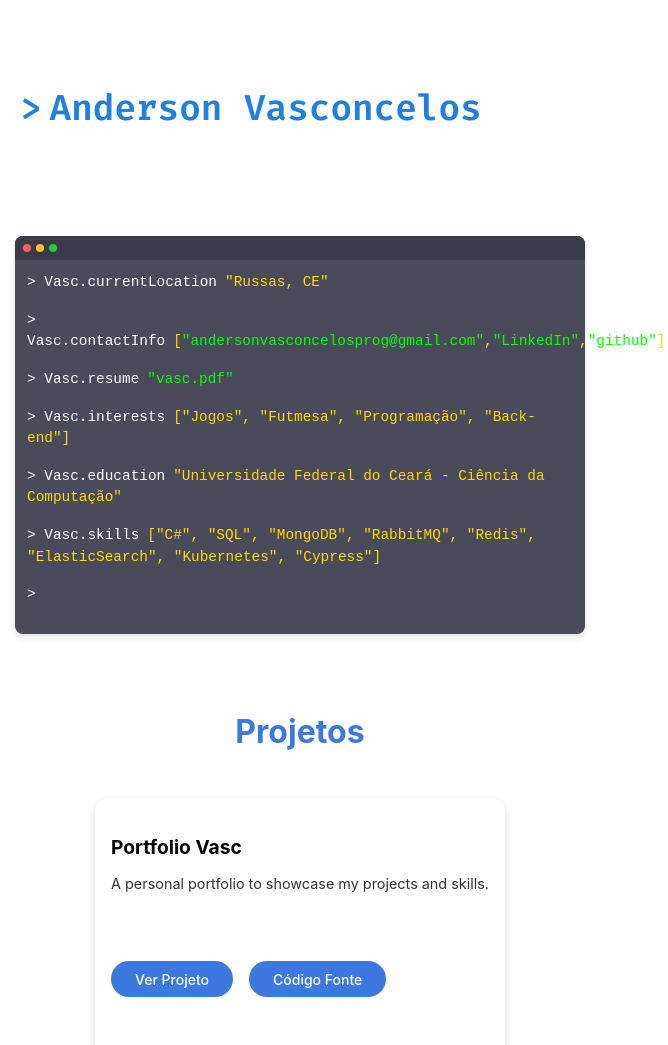
Repository: vascsx/portfolio_vascsx
Page: /
The author's editor kept a copy of each file at every save. The page is drawn from the files as they stood at one save, then again after the next save.
The browser window is 600 px wide. The page is 668 px wide, so the pictures cover 668 px, including what lies to the right of the window. The pictures show the part of the page from y = 0 to 1045 px (the page is 2636 px tall before and 2834 px after).
Pictures or frames that could not be fetched are drawn as grey boxes. The project was rebuilt for these pictures with package versions that can differ from the ones it lists, and the page was loaded fresh each time.

Above is the page before, as saved 2025-03-15 14:58:42.

After the next save:
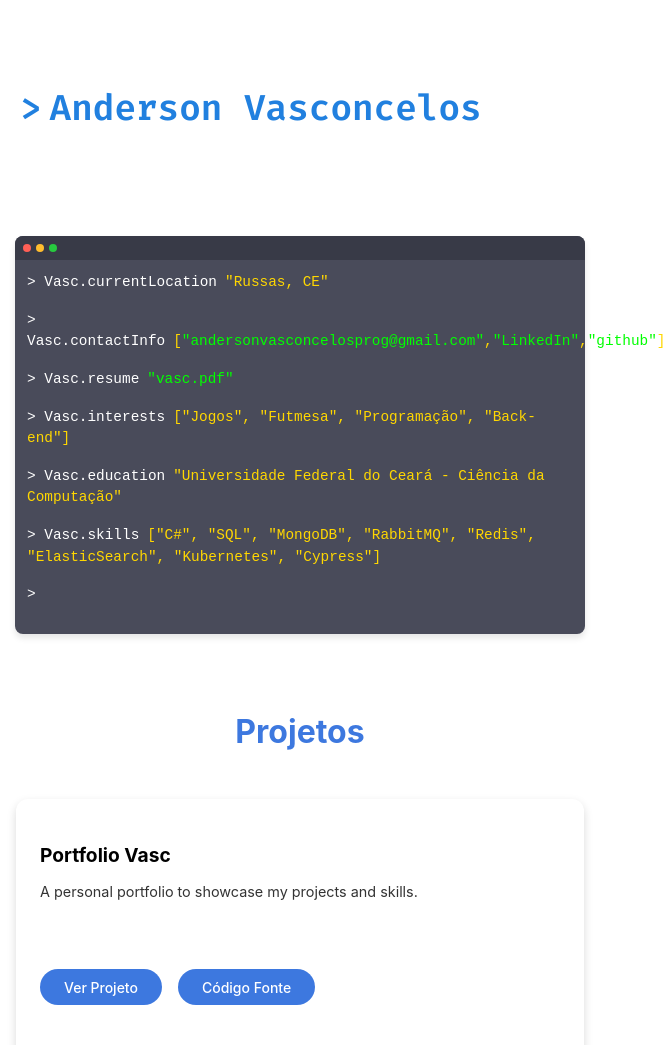
Saved 47 s later.
--- a/src/components/Projects.css
+++ b/src/components/Projects.css
@@ -17,7 +17,6 @@
   gap: 2rem;
   margin: 0 auto;
   width: 100%;
-  place-items: center;
 }
 
 .project-card {
@@ -86,7 +85,7 @@
 
 .project-video {
   width: 50%;
-  height: 300px;
+  height: 500px;  /* Tamanho maior para o vídeo */
 }
 
 .project-video iframe {
@@ -98,20 +97,22 @@
 /* Responsividade */
 @media (max-width: 1024px) {
   .projects-grid {
-    grid-template-columns: 1fr;
+    grid-template-columns: 1fr;  /* Mudando para uma coluna única */
   }
 
   .project-card {
-    flex-direction: column;
+    flex-direction: column;  /* Arranjo em coluna */
+    width: 100%;
   }
 
   .project-info {
-    width: 100%;
+    width: 100%;  /* Aumentando a área da descrição */
+    padding: 1.5rem;
   }
 
   .project-video {
-    width: 100%;
-    height: 250px;
+    width: 100%;  /* O vídeo ocupa toda a largura da coluna */
+    height: 400px;  /* Tamanho ajustado para telas menores */
   }
 }
 
@@ -127,4 +128,8 @@
   .project-info p {
     font-size: 0.9rem;
   }
+
+  .project-video {
+    height: 300px;  /* Ajuste ainda maior para telas muito pequenas */
+  }
 }
